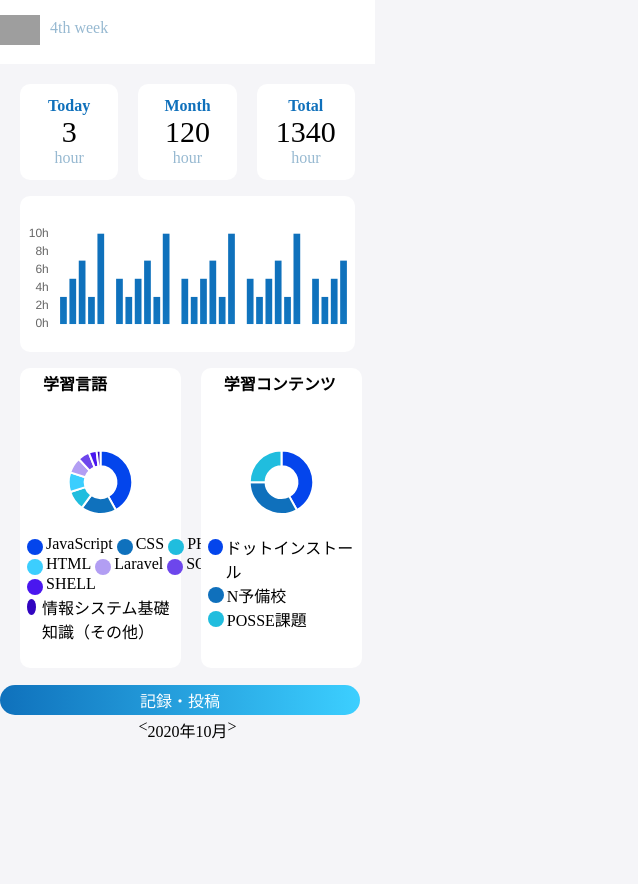
Repository: posse-ap/gen2.0-kamibayasitaito
Page: app/app.html
An editor plug-in stored every save of this project. The page is shown before and after the next save, followed by the edit.
The browser window is 375 px wide. The page is 638 px wide, so the pictures cover 638 px, including what lies to the right of the window. The pictures show the whole page.
Pictures or frames that could not be fetched are drawn as grey boxes. Some web libraries are served in a nearby version.

Above is the page before, as saved 2021-11-26 18:54:18.

After the next save:
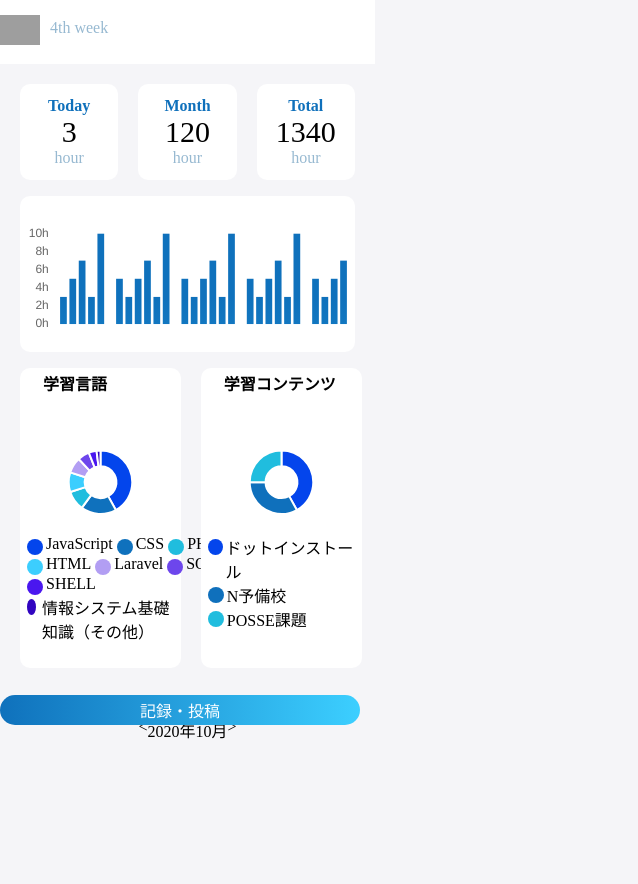
Saved 7 s later.
--- a/app/app_smartphone.css
+++ b/app/app_smartphone.css
@@ -326,7 +326,7 @@
               transform: translateY(50%);
              border-radius: 30px;
               background: linear-gradient(to right,#0f71bc,#3ccfff);
-              bottom: 100px;
+              bottom: 90px;
               cursor: pointer;
         }
 
